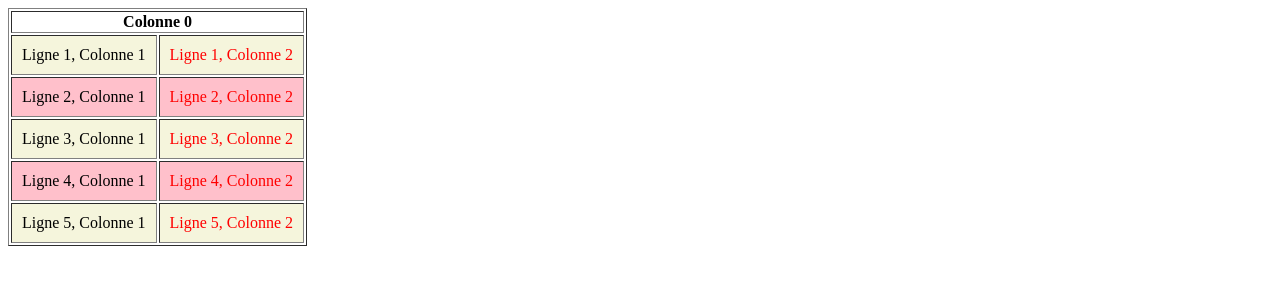
Repository: Chaimaa482/web-tp4
Page: ex1.html
The author's editor kept a copy of each file at every save. The page is drawn from the files as they stood at one save, then again after a run of saves.
The browser window is 1280 px wide. The pictures show the whole page.

Above is the page before, as saved 2023-10-22 16:05:05.

### ex1.html
<!DOCTYPE html>
<html>
<head>
</head>
<style>
    .col1 {
        padding: 10px;
    }
    .col2 {
        color: red;
        padding: 10px;
    }
</style>
<body>
    <table id="myTable" border="1">
        <tr>
            <th>Colonne 0</th>
            <th>Colonne 0</th>
        <tr>
            <td>Ligne 1, Colonne 1</td>
            <td>Ligne 1, Colonne 2</td>
        </tr>
        <tr>
            <td>Ligne 2, Colonne 1</td>
            <td>Ligne 2, Colonne 2</td>
        </tr>
        <tr>
            <td>Ligne 3, Colonne 1</td>
            <td>Ligne 3, Colonne 2</td>
        </tr>
        <tr>
            <td>Ligne 4, Colonne 1</td>
            <td>Ligne 4, Colonne 2</td>
        </tr>
        <tr>
            <td>Ligne 5, Colonne 1</td>
            <td>Ligne 5, Colonne 2</td>
        </tr>
    </table>

    <script>
        var table = document.getElementById("myTable");
        var cells = table.getElementsByTagName("td");

        // Donner une couleur de fond rose aux lignes paires et beige aux lignes impaires
        var rows = table.querySelectorAll("tr");
        for (var i = 1; i < rows.length; i++) {
            if (i % 2 === 0) {
                rows[i].style.backgroundColor = "pink";
            } else {
                rows[i].style.backgroundColor = "beige";
            }
        }

        // Donner une classe col1 aux colonnes paires et col2 aux colonnes impaires
        for (var i = 0; i < cells.length; i++) {
            if (i % 2 === 0) {
                cells[i].className = "col1"
            } else {
                cells[i].className = "col2";
            }
        }
        //fusionner la premiere ligne
        var row = document.querySelector('table tr:first-child');
        row.cells[0].colSpan=2;
        row.removeChild(row.cells[1]);

    </script>
</body>
</html>

After the next 2 saves:
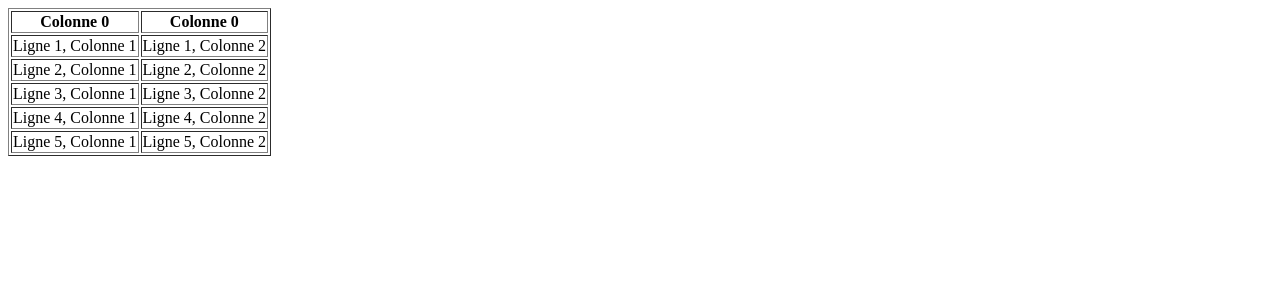
Console error: TypeError: table.getElementsByTagName is not a function
The 2 saves are shown as one change because they came seconds apart.
The last was saved 80 s later.
--- a/ex1.html
+++ b/ex1.html
@@ -39,7 +39,7 @@
     </table>
 
     <script>
-        var table = document.getElementById("myTable");
+        var table = document.getElementsByTagName("myTable");
         var cells = table.getElementsByTagName("td");
 
         // Donner une couleur de fond rose aux lignes paires et beige aux lignes impaires
